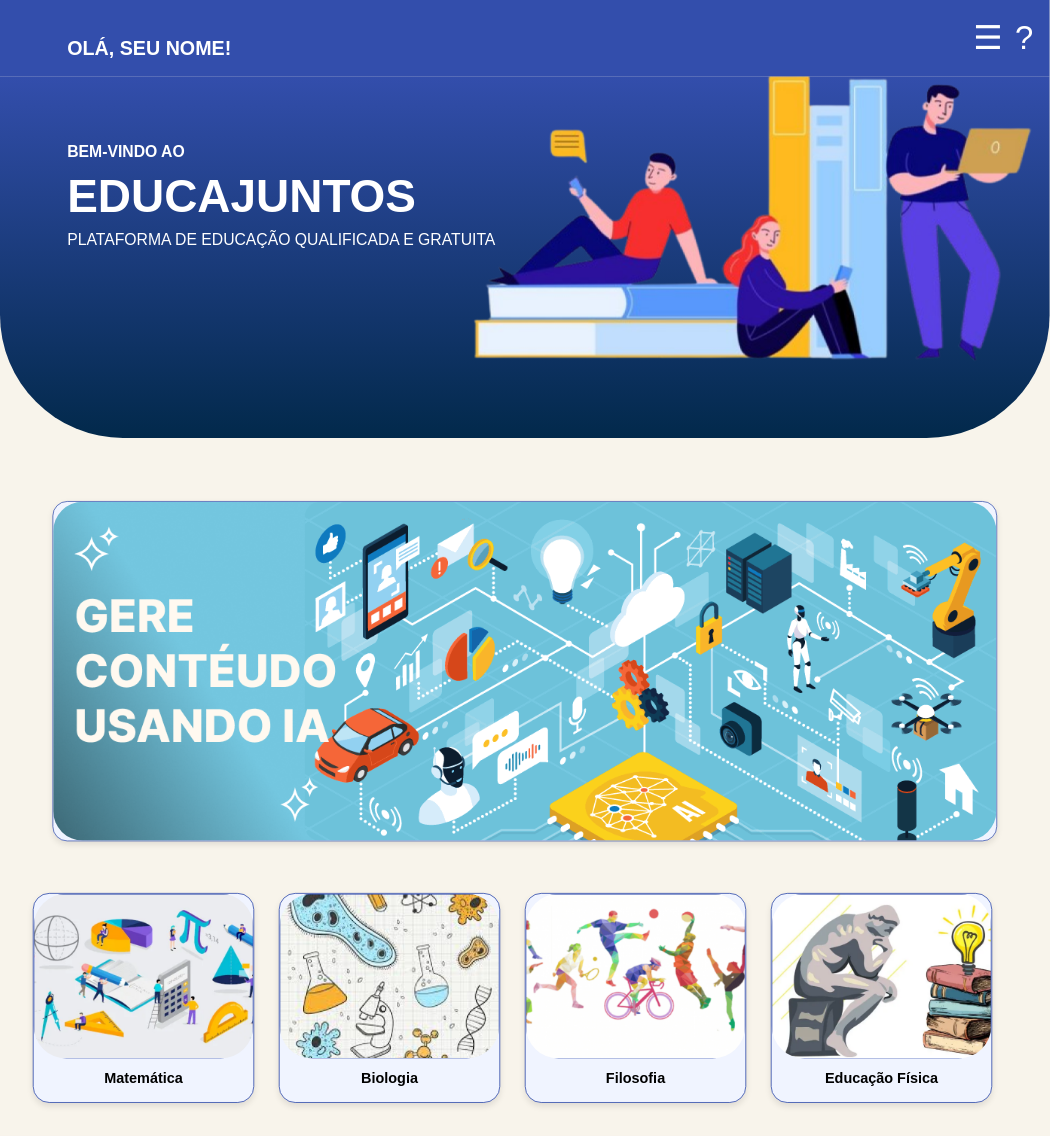
Repository: Matheus904-12/EDUCAJUNTOS
Page: inicio/index.html
These files come from the project's save history. The page is drawn as it stood at one moment and after the next save; the edit follows.
The browser window is 1280 px wide. The pictures show the whole page, at 82% of full size.

Above is the page before, as saved 2024-10-28 19:57:53.

After the next save:
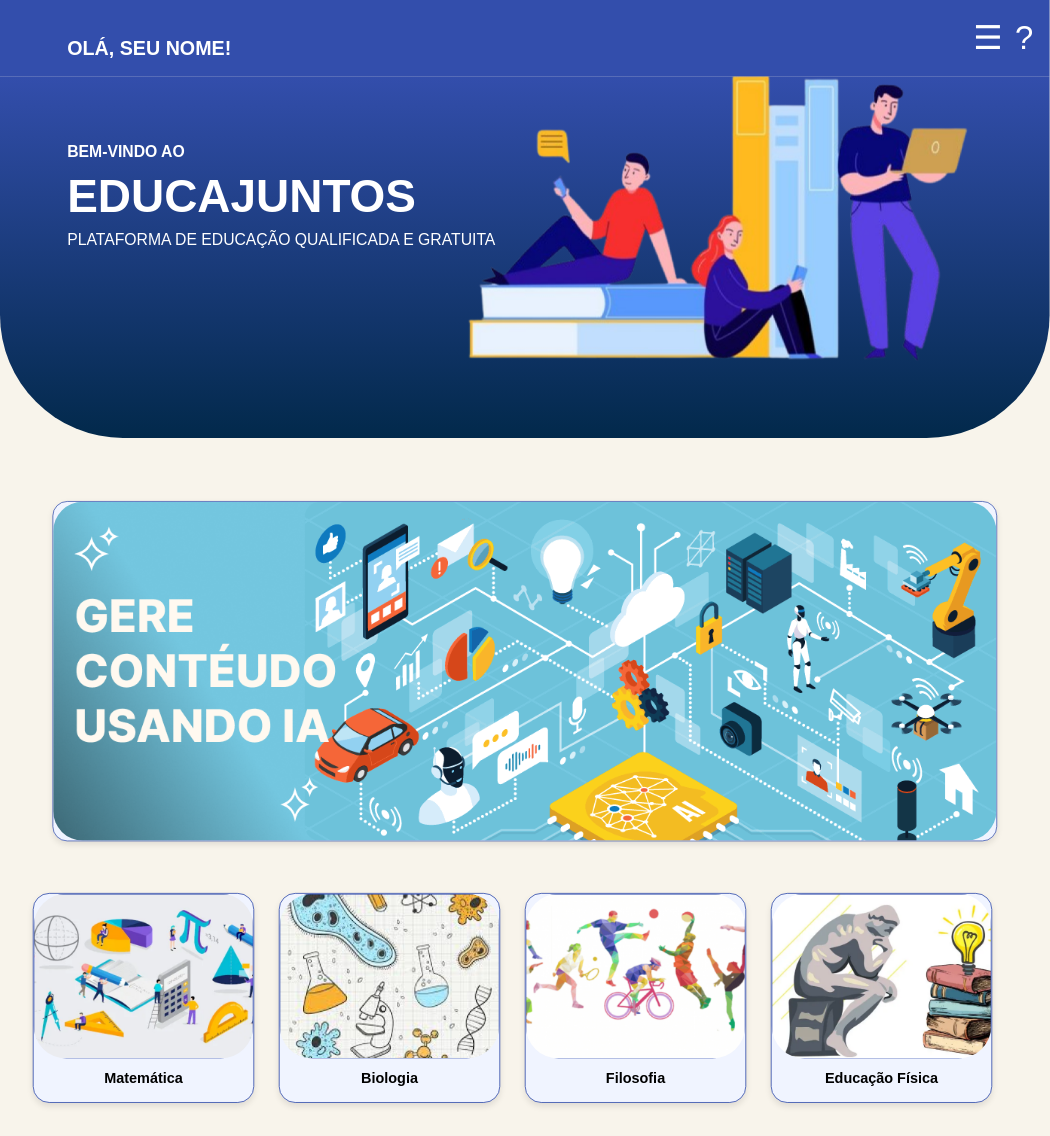
Saved 18 s later.
--- a/inicio/style.css
+++ b/inicio/style.css
@@ -78,7 +78,7 @@ nav {
 .hero-image {
     display: flex;
     margin-left: 40%;
-    width: 782px;
+    width: 700px;
     height: 500px;
     margin-top: -25%;
 }
